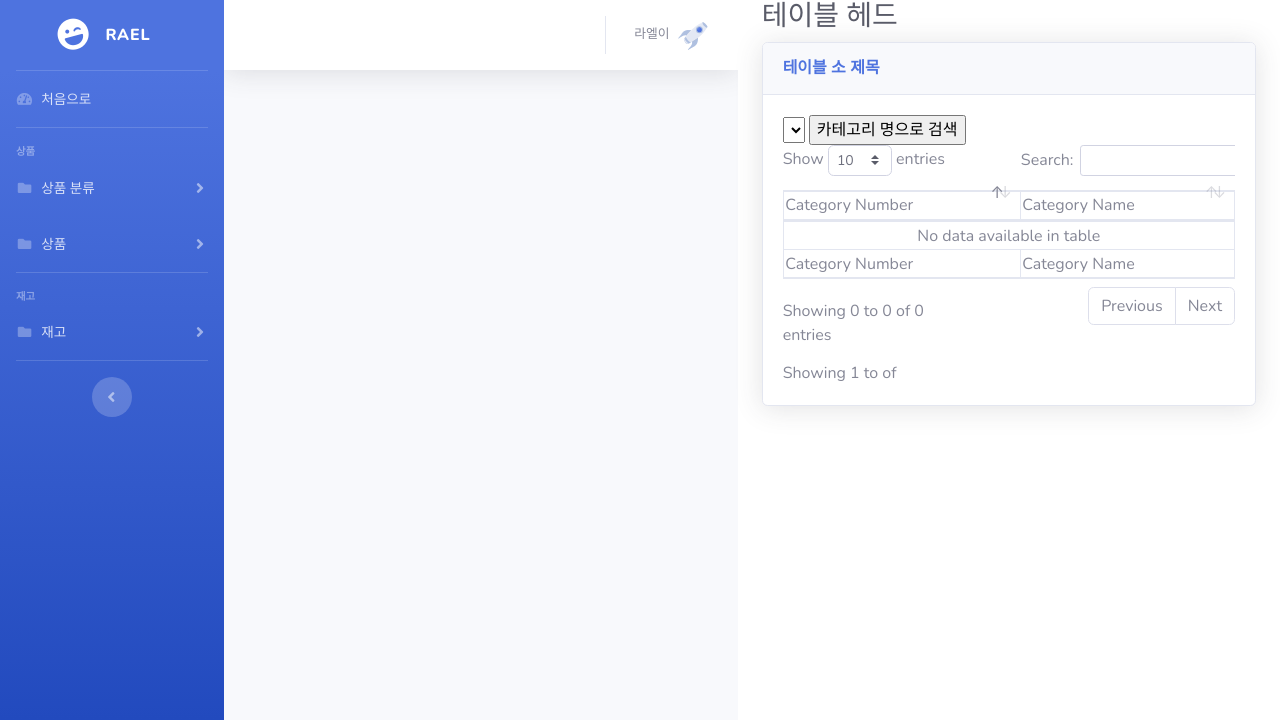
Repository: sww232/springRaelProject
Page: http://localhost/rael/WEB-INF/views/product/category_select.jsp
An editor plug-in stored every save of this project. The page is shown before and after a run of saves, followed by the edit.
The browser window is 1280 px wide. The pictures show the whole page.
The page is served by Tomcat 9. Nobody is signed in. Other server files are loaded and not shown. The template is opened directly, without the code that normally fills it, so the values that code supplies are empty.

Above is the page before, as saved 2022-10-06 18:04:17.

### raelproject3/rael/src/main/webapp/WEB-INF/views/product/category_select.jsp
<%@ page language="java" contentType="text/html; charset=UTF-8" pageEncoding="UTF-8"%>
<%@ taglib uri="http://java.sun.com/jsp/jstl/core" prefix="c" %>
<!DOCTYPE html>
<html>
	<head>
	 	<meta name="viewport" content="width=device-width, initial-scale=1, shrink-to-fit=no">
	    <meta name="description" content="">
	    <meta name="author" content="">
	    <meta charset="UTF-8">
			<title>카테고리 조회</title>

		<link href="/vendor/fontawesome-free/css/all.min.css" rel="stylesheet" type="text/css">
	    <link
	        href="https://fonts.googleapis.com/css?family=Nunito:200,200i,300,300i,400,400i,600,600i,700,700i,800,800i,900,900i"
	        rel="stylesheet">

	    <!-- Custom styles for this template -->
	    <link href="/css/sb-admin-2.min.css" rel="stylesheet">
	    <script src="/vendor/jquery/jquery.min.js"></script>
	    <script src="/vendor/bootstrap/js/bootstrap.bundle.min.js"></script>

	    <!-- Core plugin JavaScript-->
	    <script src="/vendor/jquery-easing/jquery.easing.min.js"></script>

	    <!-- Custom scripts for all pages-->
	    <script src="/js/sb-admin-2.min.js"></script>

	    <!-- Page level plugins -->
	    <script src="/vendor/datatables/jquery.dataTables.min.js"></script>
	    <script src="/vendor/datatables/dataTables.bootstrap4.min.js"></script>

	    <!-- Page level custom scripts -->
	    <script src="/js/demo/datatables-demo.js"></script>

	    <!-- Custom styles for this page -->
	    <link href="/vendor/datatables/dataTables.bootstrap4.min.css" rel="stylesheet">

	</head>
<body id="page-top">
	<div class="modal fade" id="moaModal1" tabindex="-1" role="dialog" aria-labelledby="exampleModalLabel" aria-hidden="true">

			<div class="modal-dialog" role="document">
				<div class="modal-content">
					<div class="modal-header">
						<h5 class="modal-title" id="exampleModalLabel">상품 등록을 위한 카테고리 선택</h5>
						<button class="close" type="button" data-dismiss="modal" aria-label="Close">
							<span aria-hidden="true">x</span>
						</button>
						</div>
						<div class="modal-body">
							<select name="categoryBox1" id="categoryBox1">
								<option value="defaultValue" selected></option>
								<c:forEach var="list" items="${categorynums}">
									<option value="${list}">
										${list}
									</option>
								</c:forEach>
							</select>
						</div>
					<div class="modal-footer">
						<button class="btn btn-primary" type="button" data-dismiss="modal">Cancel</button>
						<button class="btn btn-primary" type="submit" formaction="/product/product_insert">Choice</button>
					</div>
				</div>
			</div>
		</div>
		<div class="modal fade" id="moaModal2" tabindex="-1" role="dialog" aria-labelledby="exampleModalLabel" aria-hidden="true">

			<div class="modal-dialog" role="document">
				<div class="modal-content">
					<div class="modal-header">
						<h5 class="modal-title" id="exampleModalLabel">상품 추가 등록을 위한 카테고리 선택</h5>
						<button class="close" type="button" data-dismiss="modal" aria-label="Close">
							<span aria-hidden="true">x</span>
						</button>
						</div>
						<div class="modal-body">
							<select name="categoryBox2" id="categoryBox2">
								<option value="defaultValue" selected></option>
								<c:forEach var="list" items="${categorynums}">
									<option value="${list}">
										${list}
									</option>
								</c:forEach>
							</select>
						</div>
					<div class="modal-footer">
						<button class="btn btn-primary" type="button" data-dismiss="modal">Cancel</button>
						<button class="btn btn-primary" type="submit" formaction="/product/product_insert_detail">Choice</button>
					</div>
				</div>
			</div>
		</div>
		<div class="modal fade" id="moaModal3" tabindex="-1" role="dialog" aria-labelledby="exampleModalLabel" aria-hidden="true">

			<div class="modal-dialog" role="document">
				<div class="modal-content">
					<div class="modal-header">
						<h5 class="modal-title" id="exampleModalLabel">상품명/상세정보 수정을 위한 카테고리 선택</h5>
						<button class="close" type="button" data-dismiss="modal" aria-label="Close">
							<span aria-hidden="true">x</span>
						</button>
						</div>
						<div class="modal-body">
							<select name="categoryBox3" id="categoryBox3">
								<option value="defaultValue" selected></option>
								<c:forEach var="list" items="${categorynums}">
									<option value="${list}">
										${list}
									</option>
								</c:forEach>
							</select>
						</div>
					<div class="modal-footer">
						<button class="btn btn-primary" type="button" data-dismiss="modal">Cancel</button>
						<button class="btn btn-primary" type="submit" formaction="/product/product_update">Choice</button>
					</div>
				</div>
			</div>
		</div>
	</form>
	<div id="wrapper">
		 <ul class="navbar-nav bg-gradient-primary sidebar sidebar-dark accordion" id="accordionSidebar">

            <!-- Sidebar - Brand -->
            <a class="sidebar-brand d-flex align-items-center justify-content-center" href="/">
                <div class="sidebar-brand-icon rotate-n-15">
                    <i class="fas fa-laugh-wink"></i>
                </div>
                <div class="sidebar-brand-text mx-3">RAEL</div>
            </a>

            <!-- Divider -->
            <hr class="sidebar-divider my-0">

            <!-- Nav Item - Dashboard -->
            <li class="nav-item">
                <a class="nav-link" href="/">
                    <i class="fas fa-fw fa-tachometer-alt"></i>
                    <span>처음으로</span></a>
            </li>

            <!-- Divider -->
            <hr class="sidebar-divider">

            <!-- Heading -->
            <div class="sidebar-heading">
                상품
            </div>

            <!-- Nav Item - Pages Collapse Menu -->
            <li class="nav-item">
                <a class="nav-link collapsed" href="#" data-toggle="collapse" data-target="#collapseTwo"
                    aria-expanded="true" aria-controls="collapseTwo">
                    <i class="fas fa-fw fa-folder"></i>
                    <span>상품 분류</span>
                </a>
                <div id="collapseTwo" class="collapse" aria-labelledby="headingTwo" data-parent="#accordionSidebar">
                    <div class="bg-white py-2 collapse-inner rounded">
                        <h6 class="collapse-header">상풍 분류 탭</h6>
                        <a class="collapse-item" href="/product/category_select?page=1&recordSize=10&pageSize=10">상품 분류 조회</a>
                        <a class="collapse-item" href="/product/category_insert?insertresult=0">상품 분류 등록</a>
                        <a class="collapse-item" href="/product/category_update">상품 분류 수정</a>
                    </div>
                </div>
            </li>

            <!-- Nav Item - Utilities Collapse Menu -->
            <li class="nav-item">
                <a class="nav-link collapsed" href="#" data-toggle="collapse" data-target="#collapseUtilities"
                    aria-expanded="true" aria-controls="collapseUtilities">
                    <i class="fas fa-fw fa-folder"></i>
                    <span>상품</span>
                </a>
                <div id="collapseUtilities" class="collapse" aria-labelledby="headingUtilities"
                    data-parent="#accordionSidebar">
                    <div class="bg-white py-2 collapse-inner rounded">
                        <h6 class="collapse-header">상품 탭</h6>
                        <a class="collapse-item" href="/product/all_select?page=1&recordSize=10&pageSize=10">상품 조회</a>
                        <a class="collapse-item" href="#" data-toggle="modal" data-target="#moaModal1">
							<i class="fas fa-arrow-right"></i>상품 등록
						</a>
						<a class="collapse-item" href="#" data-toggle="modal" data-target="#moaModal2">
							<i class="fas fa-arrow-right"></i>상품 추가 등록
						</a>
						<a class="collapse-item" href="#" data-toggle="modal" data-target="#moaModal3">
							<i class="fas fa-arrow-right"></i>상품명/상세정보 수정
						</a>
                    </div>
                </div>
            </li>

            <!-- Divider -->
            <hr class="sidebar-divider">

            <!-- Heading -->
            <div class="sidebar-heading">
                재고
            </div>

            <!-- Nav Item - Pages Collapse Menu -->
            <li class="nav-item">
                <a class="nav-link collapsed" href="#" data-toggle="collapse" data-target="#collapsePages"
                    aria-expanded="true" aria-controls="collapsePages">
                    <i class="fas fa-fw fa-folder"></i>
                    <span>재고</span>
                </a>
                <div id="collapsePages" class="collapse" aria-labelledby="headingPages" data-parent="#accordionSidebar">
                    <div class="bg-white py-2 collapse-inner rounded">
                        <h6 class="collapse-header">재고</h6>
                        <a class="collapse-item" href="/stock/stock_select?page=1&recordSize=10&pageSize=10">재고 조회 및 입/출고</a>
                        <div class="collapse-divider"></div>
                        <h6 class="collapse-header">재고 입/출고</h6>
                        <a class="collapse-item" href="/stock/stock_history?page=1&recordSize=10&pageSize=10">내역</a>
                        <a class="collapse-item" href="/stock/stock_history_cancel?page=1&recordSize=10&pageSize=10">취소</a>
                    </div>
                </div>
            </li>

            <!-- Divider -->
            <hr class="sidebar-divider d-none d-md-block">

            <!-- Sidebar Toggler (Sidebar) -->
            <div class="text-center d-none d-md-inline">
                <button class="rounded-circle border-0" id="sidebarToggle"></button>
            </div>

        </ul>

        <!-- End of Sidebar -->

        <!-- Content Wrapper -->
        <div id="content-wrapper" class="d-flex flex-column">

            <!-- Main Content -->
            <div id="content">

                <!-- Topbar -->
                <nav class="navbar navbar-expand navbar-light bg-white topbar mb-4 static-top shadow">

                    <!-- Sidebar Toggle (Topbar) -->
                    <form class="form-inline">
                        <button id="sidebarToggleTop" class="btn btn-link d-md-none rounded-circle mr-3">
                            <i class="fa fa-bars"></i>
                        </button>
                    </form>

                    <!-- Topbar Search
                    <form
                        class="d-none d-sm-inline-block form-inline mr-auto ml-md-3 my-2 my-md-0 mw-100 navbar-search">
                        <div class="input-group">
                            <input type="text" class="form-control bg-light border-0 small" placeholder="Search for..."
                                aria-label="Search" aria-describedby="basic-addon2">
                            <div class="input-group-append">
                                <button class="btn btn-primary" type="button">
                                    <i class="fas fa-search fa-sm"></i>
                                </button>
                            </div>
                        </div>
                    </form>
					-->
                    <!-- Topbar Navbar -->
                    <ul class="navbar-nav ml-auto">

                        <!-- Nav Item - Search Dropdown (Visible Only XS) -->
                        <li class="nav-item dropdown no-arrow d-sm-none">
                            <a class="nav-link dropdown-toggle" href="#" id="searchDropdown" role="button"
                                data-toggle="dropdown" aria-haspopup="true" aria-expanded="false">
                                <i class="fas fa-search fa-fw"></i>
                            </a>
                            <!-- Dropdown - Messages -->
                            <div class="dropdown-menu dropdown-menu-right p-3 shadow animated--grow-in"
                                aria-labelledby="searchDropdown">
                                <form class="form-inline mr-auto w-100 navbar-search">
                                    <div class="input-group">
                                        <input type="text" class="form-control bg-light border-0 small"
                                            placeholder="Search for..." aria-label="Search"
                                            aria-describedby="basic-addon2">
                                        <div class="input-group-append">
                                            <button class="btn btn-primary" type="button">
                                                <i class="fas fa-search fa-sm"></i>
                                            </button>
                                        </div>
                                    </div>
                                </form>
                            </div>
                        </li>
                        <div class="topbar-divider d-none d-sm-block"></div>

                        <!-- Nav Item - User Information -->
                        <li class="nav-item dropdown no-arrow">
                            <a class="nav-link dropdown-toggle" href="#" id="userDropdown" role="button"
                                data-toggle="dropdown" aria-haspopup="true" aria-expanded="false">
                                <span class="mr-2 d-none d-lg-inline text-gray-600 small">라엘이</span>
                                <img class="img-profile rounded-circle"
                                    src="img/undraw_rocket.svg">
                            </a>
                            <!-- Dropdown - User Information -->
                            <div class="dropdown-menu dropdown-menu-right shadow animated--grow-in"
                                aria-labelledby="userDropdown">
                                <div class="dropdown-divider"></div>
                                <a class="dropdown-item" href="#" data-toggle="modal" data-target="#logoutModal">
                                    <i class="fas fa-sign-out-alt fa-sm fa-fw mr-2 text-gray-400"></i>
                                    Logout
                                </a>
                            </div>
                        </li>

                    </ul>

                </nav>
    <!-- End of Topbar -->
    	</div>
	</div>


	<div class="container-fluid">
		<!-- Page Heading -->
		<h1 class="h3 mb-2 text-gray-800">테이블 헤드</h1>
		<div class="card shadow mb-4">
			<div class="card-header py-3">
			    <h6 class="m-0 font-weight-bold text-primary">테이블 소 제목</h6>
			</div>
			<div class="card-body">
				<div class="table-responsive">
					<div id="dataTable_wrapper" class="dataTables_wrapper dt-bootstrap4">
						<div class="row">
							<form>
								<div class="dataTable_filter" id="dataTable_filter">
									<select name="categoryBox" id="categoryBox">
										<option value="defaultValue" selected></option>
										<c:forEach var="list" items="${categorynums}">
											<option value="${list}">
												${list}
											</option>
										</c:forEach>
									</select>
									<input type="submit" value="카테고리 명으로 검색">
								</div>
							</form>
						</div>
						<div class="row">
							<div class="col-sm-12">
								<table class="table table-bordered" id="dataTable" width="100%" cellspacing="0">
									<thead>
										<tr>
											<td>Category Number</td>
											<td>Category Name</td>
										</tr>
									</thead>
									<tfoot>
										<tr>
											<td>Category Number</td>
											<td>Category Name</td>
										</tr>
									</tfoot>
									<tbody>
										<c:forEach items="${datas.list}" var="data">
											<tr>
												<td>${data.PRODUCTCATEGORYNUM}
												<td>${data.PRODUCTCATEGORYNAME}
											<tr>
										</c:forEach>
									</tbody>
								</table>
							</div>
						</div>
						<div class="row">
							<div class="col-sm-12 col-md-5">
								<div class="dataTables_info" id="dataTable_info" role="status" aria-live="polite">
									<c:if test="${shownumber >= allcount}">
										Showing ${datas.pagination.limitStart + 1} to ${allcount} of ${allcount}
									</c:if>
									<c:if test="${shownumber < allcount}">
										Showing ${datas.pagination.limitStart + 1} to ${datas.pagination.limitStart + 10} of ${allcount}
									</c:if>
								</div>
							</div>
							<div class="col-sm-12 col-md-7">
								<div class="dataTables_paginate paging_simple_numbers" id="dataTable_paginate">
									<ul class="pagination">
									    <c:if test="${datas.pagination.totalPageCount < 1}">
									        <li>0</li>
									    </c:if>
									    <c:if test="${datas.pagination.existPrevPage eq true}">
									    	<li class="paginate_button page-item previous">
									    		<a aria-controls="dataTable" data-dt-idx="${num}" class="page-link"
									    			href='<c:url value="/product/category_select?page=${datas.pagination.startPage-1}&recordSize=10&pageSize=10&categoryBox=${categoryBox}"/>'>PREVIOUS</a>
									    	</li>
									    </c:if>
									    <c:if test="${datas.pagination.totalPageCount > 0}">
									   		<c:forEach begin="${datas.pagination.startPage}" end="${datas.pagination.endPage}" var="num">
									   			<li class="paignate_button page-item">
									   				<a  aria-controls="dataTable" data-dt-idx="${num}" class="page-link"
									   					href='<c:url value="/product/category_select?page=${num}&recordSize=10&pageSize=100&categoryBox=${categoryBox}"/>'>${num}</a>
									   			</li>
									   		</c:forEach>
									    </c:if>
									    <c:if test="${datas.pagination.existNextPage eq true}">
									        <li class="paginate_button page-item next" id="dataTable_next">
									        	<a aria-controls="dataTable" data-dt-idx="${num}" class="page-link"
									        		href='<c:url value="/product/category_select?page=${datas.pagination.endPage+1}&recordSize=10&pageSize=10&categoryBox=${categoryBox}"/>'>NEXT</a>
									       </li>
									    </c:if>
						    		</ul>
					    		</div>
					    	</div>
						</div>
					</div>
				</div>
			</div>
		</div>
	</div>
</body>
</html>

### raelproject3/rael/src/main/resources/static/img/undraw_rocket.svg
<?xml version="1.0" encoding="utf-8"?>
<!-- Generator: Adobe Illustrator 25.0.0, SVG Export Plug-In . SVG Version: 6.00 Build 0)  -->
<svg version="1.1" id="b759170a-51c3-4e2f-999d-77dec9fd6d11"
	 xmlns="http://www.w3.org/2000/svg" xmlns:xlink="http://www.w3.org/1999/xlink" x="0px" y="0px" viewBox="0 0 650.9 610.5"
	 style="enable-background:new 0 0 650.9 610.5;" xml:space="preserve">
<style type="text/css">
	.st0{fill:#AFC0E0;}
	.st1{opacity:0.2;fill:#FFFFFF;enable-background:new    ;}
	.st2{opacity:0.1;enable-background:new    ;}
	.st3{fill:#E3E8F4;}
	.st4{fill:#4E73DF;}
</style>
<path class="st0" d="M174,321c-2-1.6-4.2-3-6.6-4.2c-51.8-26.2-157,67.8-157,67.8L0,372.7c0,0,42.1-43.8,92.4-117.3
	c45.2-66.1,150.7-51.8,171.4-48.3c2.3,0.4,3.6,0.7,3.6,0.7C298.7,288.3,174,321,174,321z"/>
<path class="st1" d="M269.4,213.9c-0.6-2-1.3-4-2-6c0,0-1.2-0.2-3.6-0.7c-20.7-3.5-126.2-17.8-171.4,48.3C42.1,329,0,372.7,0,372.7
	l5.9,6.7c0,0,42.1-43.8,92.4-117.3C143.3,196.3,248,210.2,269.4,213.9z"/>
<path class="st0" d="M337.7,533.4c-79.2,40.8-127.8,77.1-127.8,77.1l-10.5-11.9c0,0,111.1-96.8,85.3-150.9c-0.5-1.2-1.2-2.3-1.9-3.4
	c0,0,47.9-119.6,123.9-78.5c0,0,0.1,1,0.2,2.9C407.8,387.8,409.7,496.3,337.7,533.4z"/>
<path class="st2" d="M174,321c-2-1.6-4.2-3-6.6-4.2c29.3-38.9,61.5-75.5,96.3-109.7c2.3,0.4,3.6,0.7,3.6,0.7
	C298.7,288.3,174,321,174,321z"/>
<path class="st2" d="M406.9,368.6c-38.6,29.6-79.4,56.1-122.3,79.1c-0.5-1.2-1.2-2.3-1.9-3.4c0,0,47.9-119.6,123.9-78.5
	C406.7,365.7,406.8,366.7,406.9,368.6z"/>
<path class="st3" d="M263.6,455.5c-20.3,10.4-41.6,20.5-64,30.2c-33.6,14.6-51.5-2.2-80.7-91.5c0,0,12.5-22.5,37.2-57
	c54.3-75.8,167.5-209.1,336.1-286.7C542.7,27.1,596.1,10.1,650.9,0c0,0-9.1,68.8-62,160.1S439.1,365.3,263.6,455.5z"/>
<circle class="st0" cx="435.6" cy="199.7" r="71.6"/>
<path class="st4" d="M469.2,237.9c-21,18.6-53.1,16.6-71.7-4.5c-7.8-8.8-12.2-20-12.7-31.8c-0.2-4.7,0.3-9.4,1.4-14
	c0.5-2,1.1-4.1,1.9-6c2.9-7.7,7.7-14.5,13.8-19.9c0.3-0.3,0.6-0.5,0.9-0.8c17.1-14.4,41.5-15.9,60.3-3.8c3.5,2.3,6.7,4.9,9.5,7.9
	l1,1.1C492.2,187.2,490.2,219.3,469.2,237.9C469.2,237.8,469.2,237.9,469.2,237.9z"/>
<path class="st0" d="M588.9,160.1c-83-35.2-96.8-109.6-96.8-109.6C542.7,27,596.1,10.1,650.9,0C650.9,0,641.8,68.8,588.9,160.1z"/>
<path class="st0" d="M263.6,455.5c-13.7,7.1-27.9,13.9-42.6,20.7c-7,3.2-14.1,6.4-21.4,9.5c-10.9,4.7-51.5-2.2-80.7-91.5
	c0,0,4.1-7.3,12.1-20c6.1-9.6,14.5-22.2,25.1-37c0,0,11,33.2,41.1,67.3C215.8,425.7,238.4,443,263.6,455.5z"/>
<path class="st3" d="M221,476.2c-7,3.2-14.1,6.4-21.4,9.5c-10.9,4.7-51.5-2.2-80.7-91.5c0,0,4.1-7.3,12.1-20
	C131,374.2,170.2,456.9,221,476.2z"/>
<path class="st1" d="M463.2,157l-0.1,0l-60.1,3.9c-0.3,0.3-0.6,0.5-0.9,0.8c-6.2,5.4-10.9,12.3-13.8,19.9l84.5-16.6L463.2,157z"/>
<path class="st1" d="M438.8,194.3l-53.9,7.3c-0.2-4.7,0.3-9.4,1.4-14l52.8,1.4L438.8,194.3z"/>
<path class="st1" d="M131.7,408.7c0,0,12.5-22.5,37.2-57C223.2,276,336.4,142.7,504.9,65c45.6-21.1,93.3-36.9,142.5-47.3
	C650.1,6.4,650.9,0,650.9,0c-54.8,10.1-108.2,27-158.7,50.5c-168.6,77.7-281.8,211-336.1,286.7c-24.7,34.4-37.2,57-37.2,57
	c11.5,35.3,26.6,57,40.5,70.3C149.4,451.4,139.7,433.3,131.7,408.7z"/>
</svg>

Loaded but not shown: raelproject3/rael/src/main/resources/static/css/sb-admin-2.min.css (library); raelproject3/rael/src/main/resources/static/js/sb-admin-2.min.js (common file); raelproject3/rael/src/main/resources/static/js/demo/datatables-demo.js (common file)

After the next 2 saves:
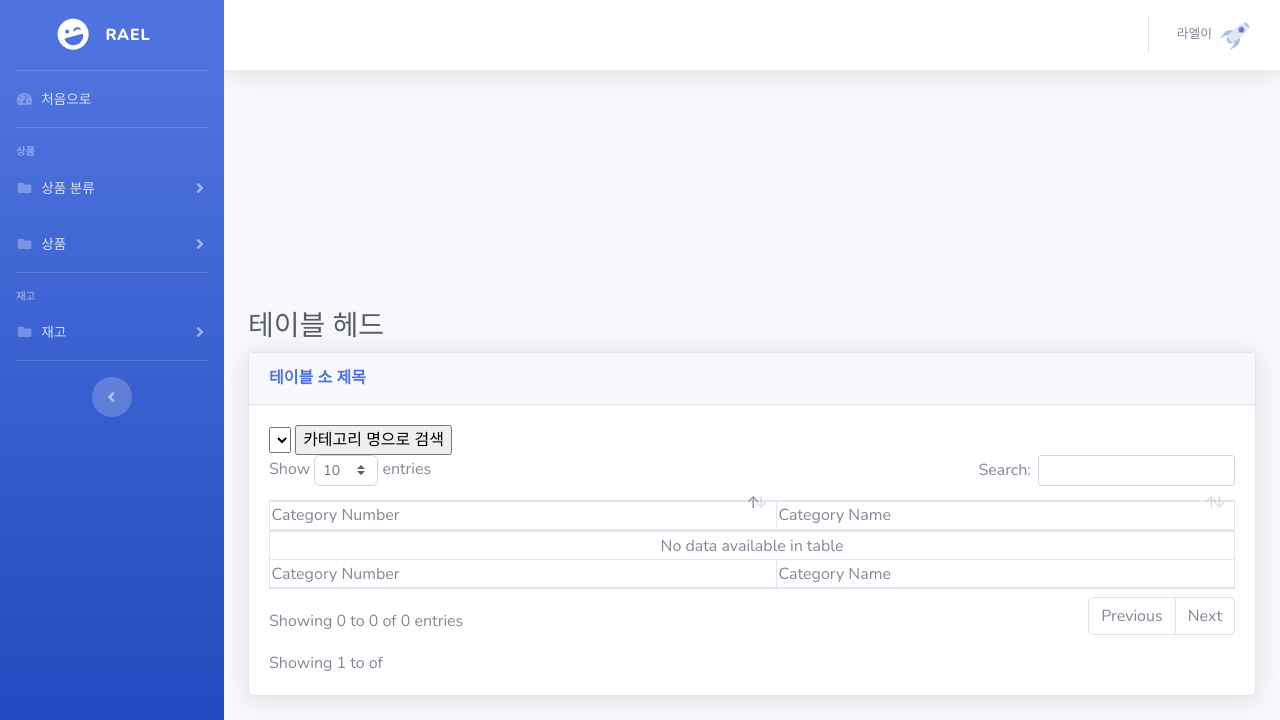
The 2 saves are shown as one change because they came seconds apart.
The last was saved 6 min 7 s later.
--- a/raelproject3/rael/src/main/webapp/WEB-INF/views/product/category_select.jsp
+++ b/raelproject3/rael/src/main/webapp/WEB-INF/views/product/category_select.jsp
@@ -311,10 +311,7 @@
                 </nav>
     <!-- End of Topbar -->
     	</div>
-	</div>
-
-
-	<div class="container-fluid">
+    	<div class="container-fluid">
 		<!-- Page Heading -->
 		<h1 class="h3 mb-2 text-gray-800">테이블 헤드</h1>
 		<div class="card shadow mb-4">
@@ -411,5 +408,9 @@
 			</div>
 		</div>
 	</div>
+</div>
+
+
+
 </body>
 </html>
